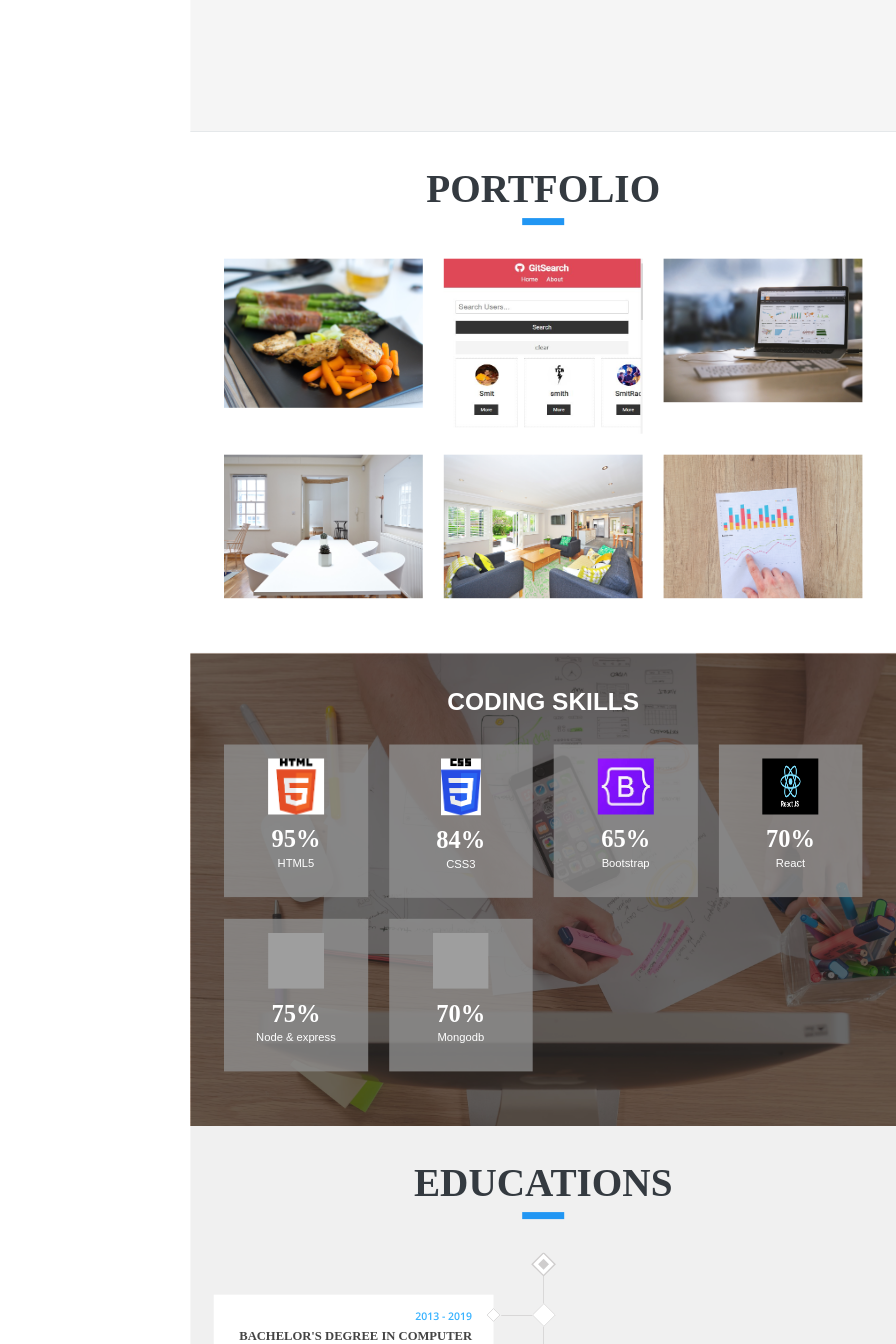
Repository: smit1298/portfolio
Page: index.html
An editor plug-in stored every save of this project. The page is shown before and after the next save, followed by the edit.
The browser window is 1280 px wide. The pictures show the part of the page from y = 1252 to 3172 px (the page is 5068 px tall before and 5043 px after), at 70% of full size.
Pictures or frames that could not be fetched are drawn as grey boxes. Some web fonts or font styles are not loaded; a fallback is used.

Above is the page before, as saved 2021-06-28 18:41:33.

After the next save:
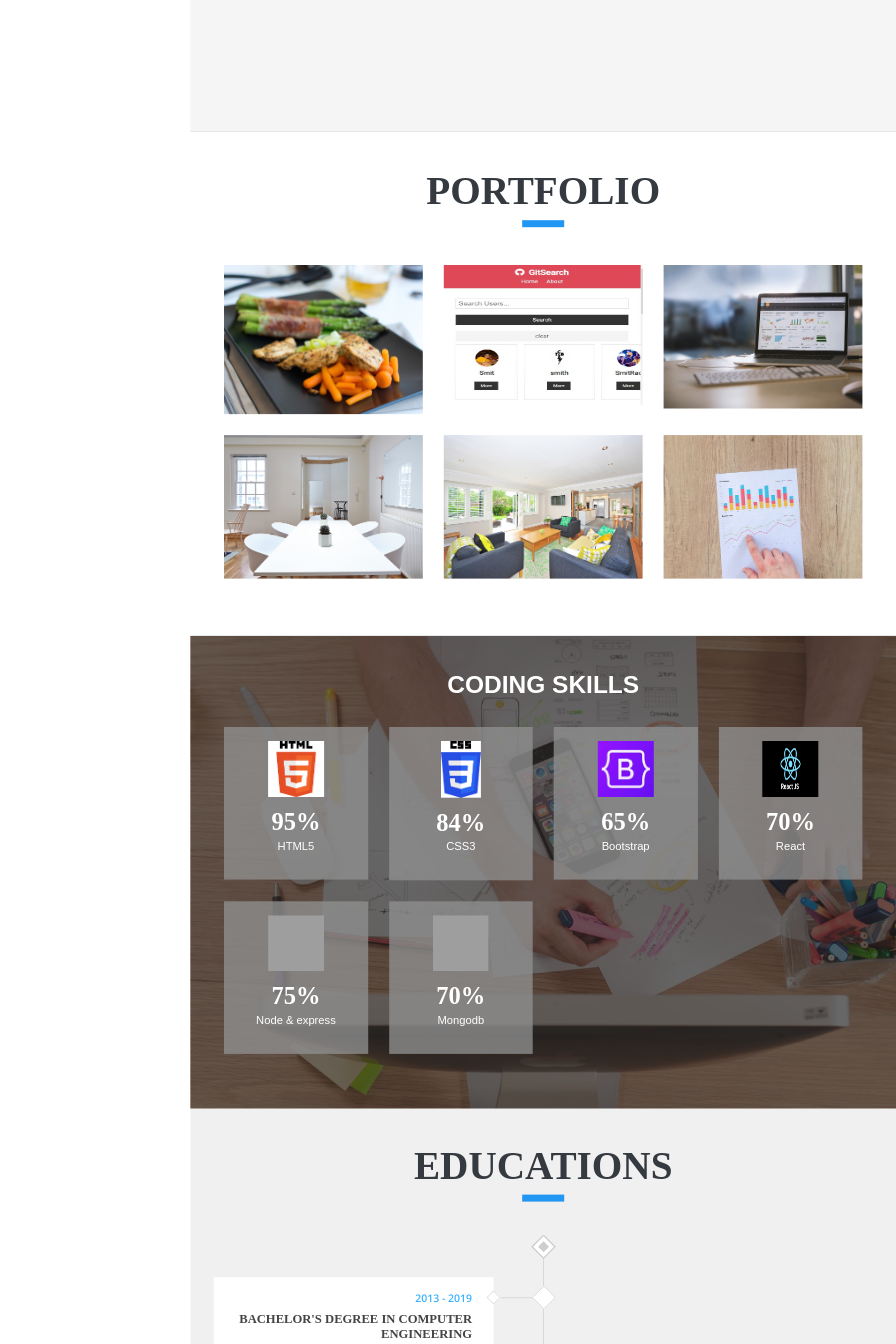
Saved 34 s later.
--- a/index.html
+++ b/index.html
@@ -269,7 +269,7 @@
               <img
                 class="img-fluid"
                 src="img/portfolio/git2.jpg"
-                style="height: 250px; width: 400px"
+                style="height: 200px; width: 400px"
                 alt=""
               />
             </a>
